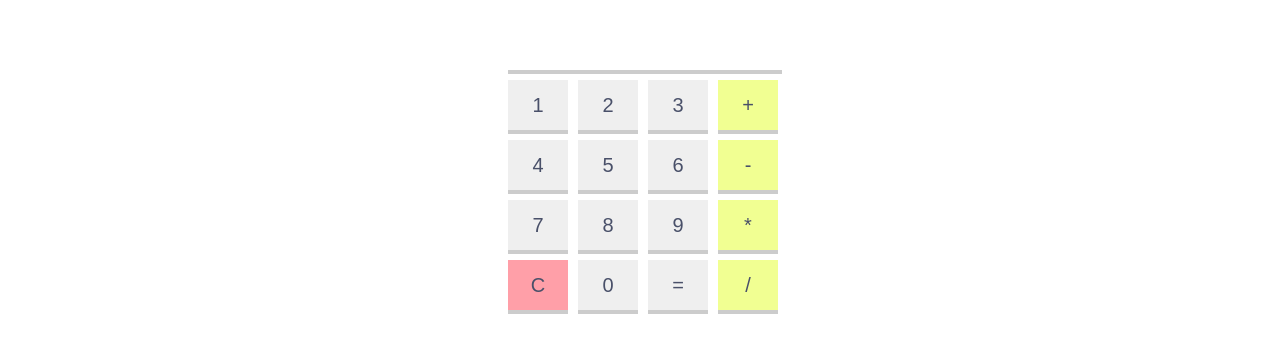
Repository: Drumstrum88/LAB-calculator
Page: index.html
An editor plug-in stored every save of this project. The page is shown before and after the next save, followed by the edit.
The browser window is 1280 px wide. The pictures show the whole page.
The pointer rests on the first visible `#answer`.

Above is the page before, as saved 2023-04-15 20:56:16.

After the next save:
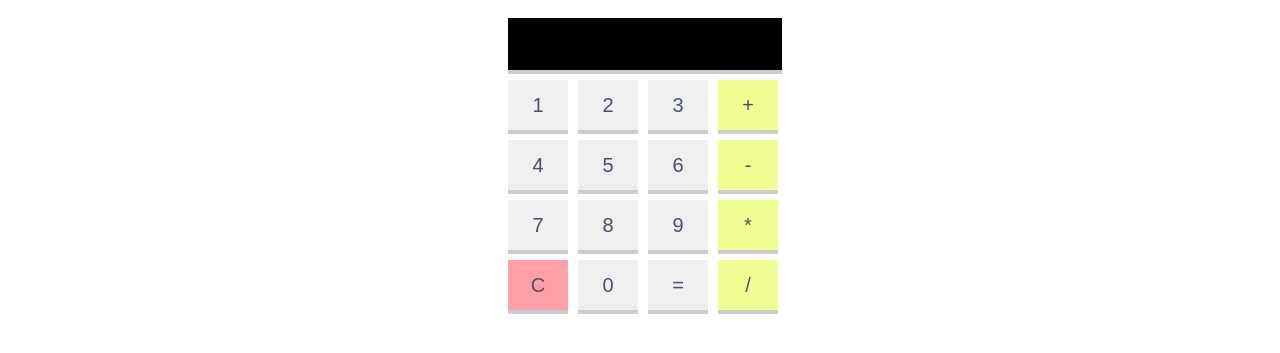
Saved 90 s later.
--- a/main.css
+++ b/main.css
@@ -23,7 +23,7 @@ body {
     font-size: 26px;
     text-align: right;
     box-shadow: 0 4px rgba(0,0,0,0.2);
-    background-color: #ffffff;
+    background-color: #000000;
 }
 
 input{
